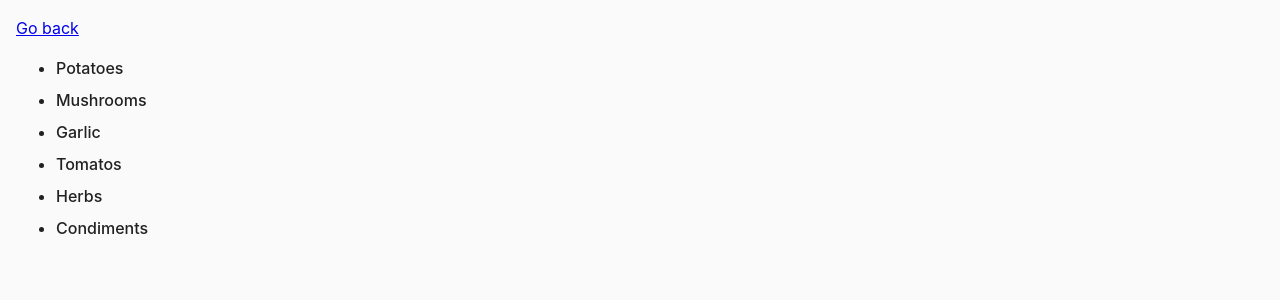
Repository: jandiman/goit-js-hw-06
Page: task-02.html
The author's editor kept a copy of each file at every save. The page is drawn from the files as they stood at one save, then again after the next save.
The browser window is 1280 px wide. The pictures show the whole page.

Above is the page before, as saved 2023-10-21 22:30:44.

### task-02.html
<!DOCTYPE html>
<html lang="ru">
  <head>
    <meta charset="UTF-8" />
    <meta http-equiv="X-UA-Compatible" content="IE=edge" />
    <meta name="viewport" content="width=device-width, initial-scale=1.0" />

    <title>Task 2</title>

    <link rel="stylesheet" href="css/common.css" />

    <style>
      .item {
        font-weight: 500;
      }

      .item:not(:last-child) {
        margin-bottom: 8px;
      }
    </style>
  </head>

  <body>
    <p><a href="index.html">Go back</a></p>

    <ul id="ingredients"></ul>

    <script src="js/task-02.js" type="module"></script>
  </body>
</html>

### js/task-02.js
const ingredients = [
  "Potatoes",
  "Mushrooms",
  "Garlic",
  "Tomatos",
  "Herbs",
  "Condiments",
];

const ingredientsList = document.querySelector("#ingredients");

ingredients.forEach((ingredient) => {
  const liElement = document.createElement("li");
  liElement.classList.add("item");
  liElement.textContent = ingredient;
  ingredientsList.appendChild(liElement);
});

Loaded but not shown: css/common.css (common file)

After the next save:
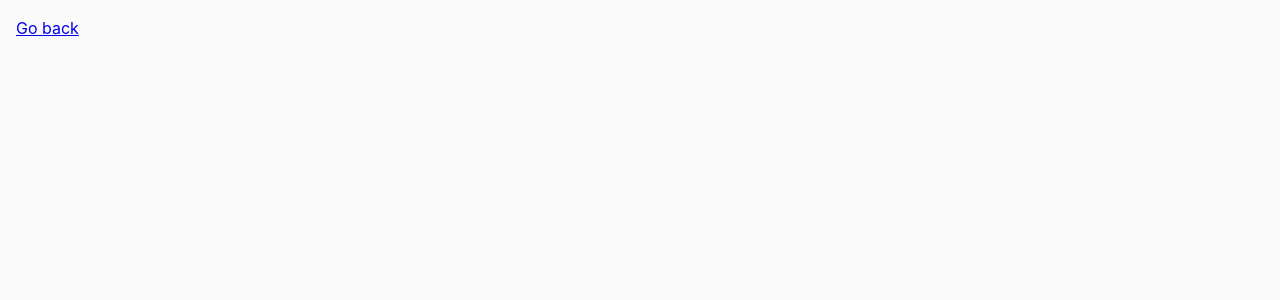
Console error: ReferenceError: liElement is not defined
Saved 27 s later.
--- a/js/task-02.js
+++ b/js/task-02.js
@@ -13,5 +13,6 @@
   const liElement = document.createElement("li");
   liElement.classList.add("item");
   liElement.textContent = ingredient;
-  ingredientsList.appendChild(liElement);
 });
+
+ingredientsList.appendChild(liElement);

After the save that followed:
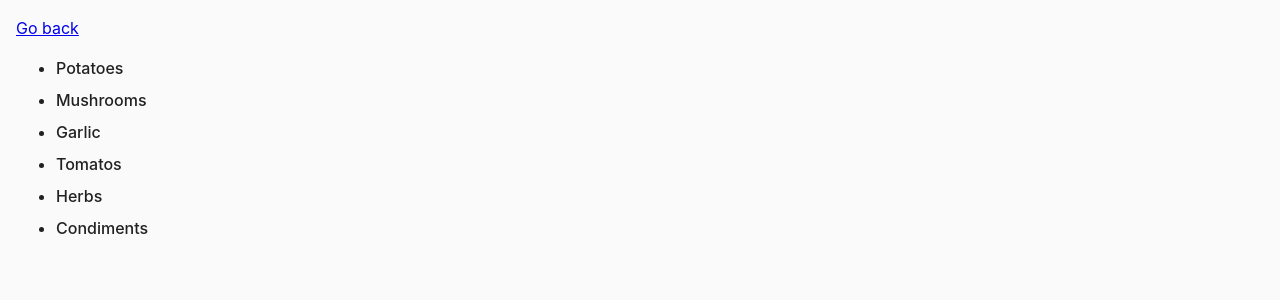
The error is gone.
Saved 6 s later.
--- a/js/task-02.js
+++ b/js/task-02.js
@@ -13,6 +13,5 @@
   const liElement = document.createElement("li");
   liElement.classList.add("item");
   liElement.textContent = ingredient;
+  ingredientsList.appendChild(liElement);
 });
-
-ingredientsList.appendChild(liElement);
